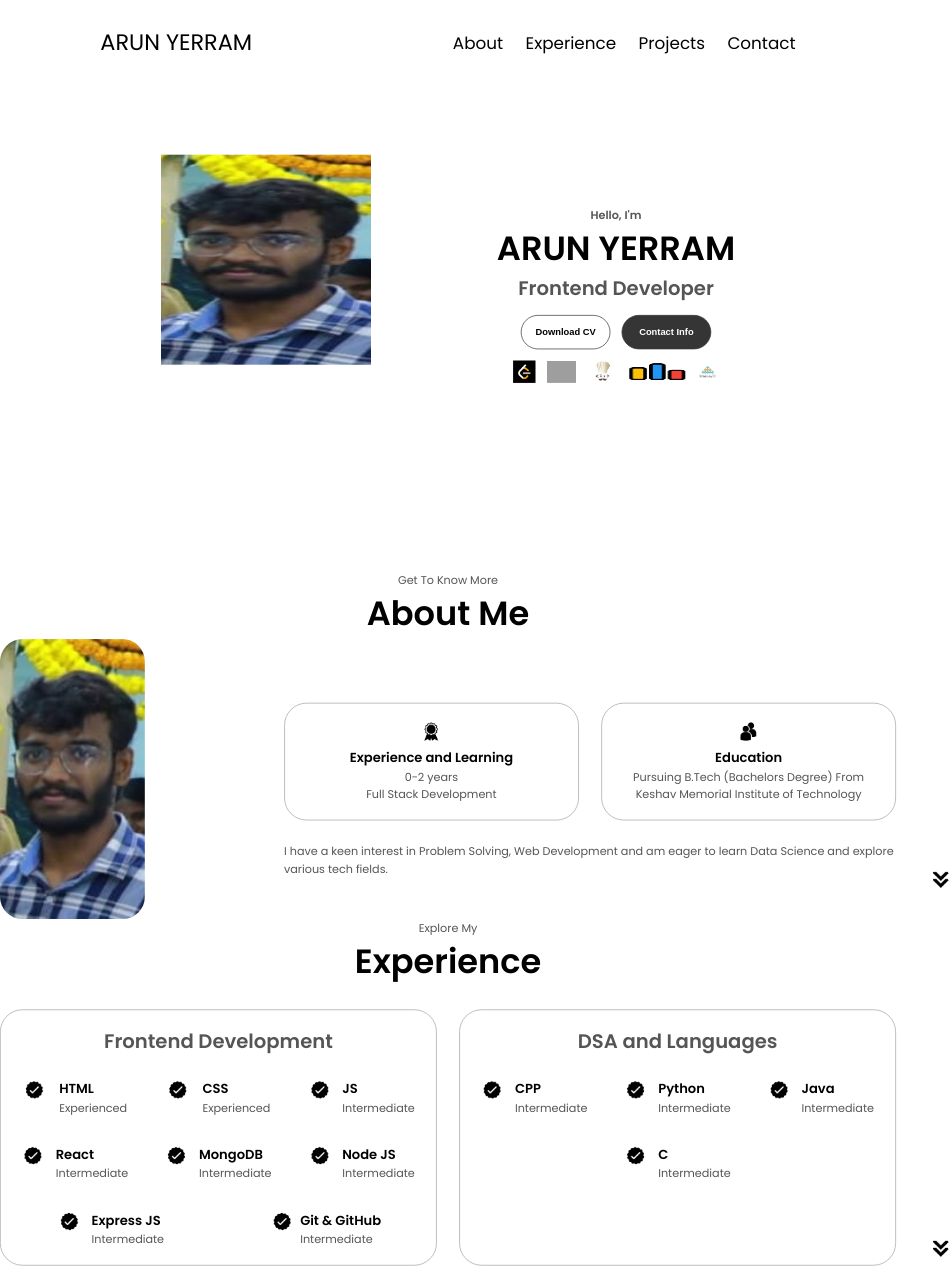
Repository: ARUN-YERRAM/ARUN-YERRAM-PORTFOLIO
Page: portfolio/index.html
An editor plug-in stored every save of this project. The page is shown before and after a run of saves, followed by the edit.
The browser window is 1280 px wide. The page is 1360 px wide, so the pictures cover 1360 px, including what lies to the right of the window. The pictures show the part of the page from y = 0 to 1840 px (the page is 3129 px tall), at 70% of full size.
Pictures or frames that could not be fetched are drawn as grey boxes.

Above is the page before, as saved 2024-07-07 04:42:53.

After the next 3 saves:
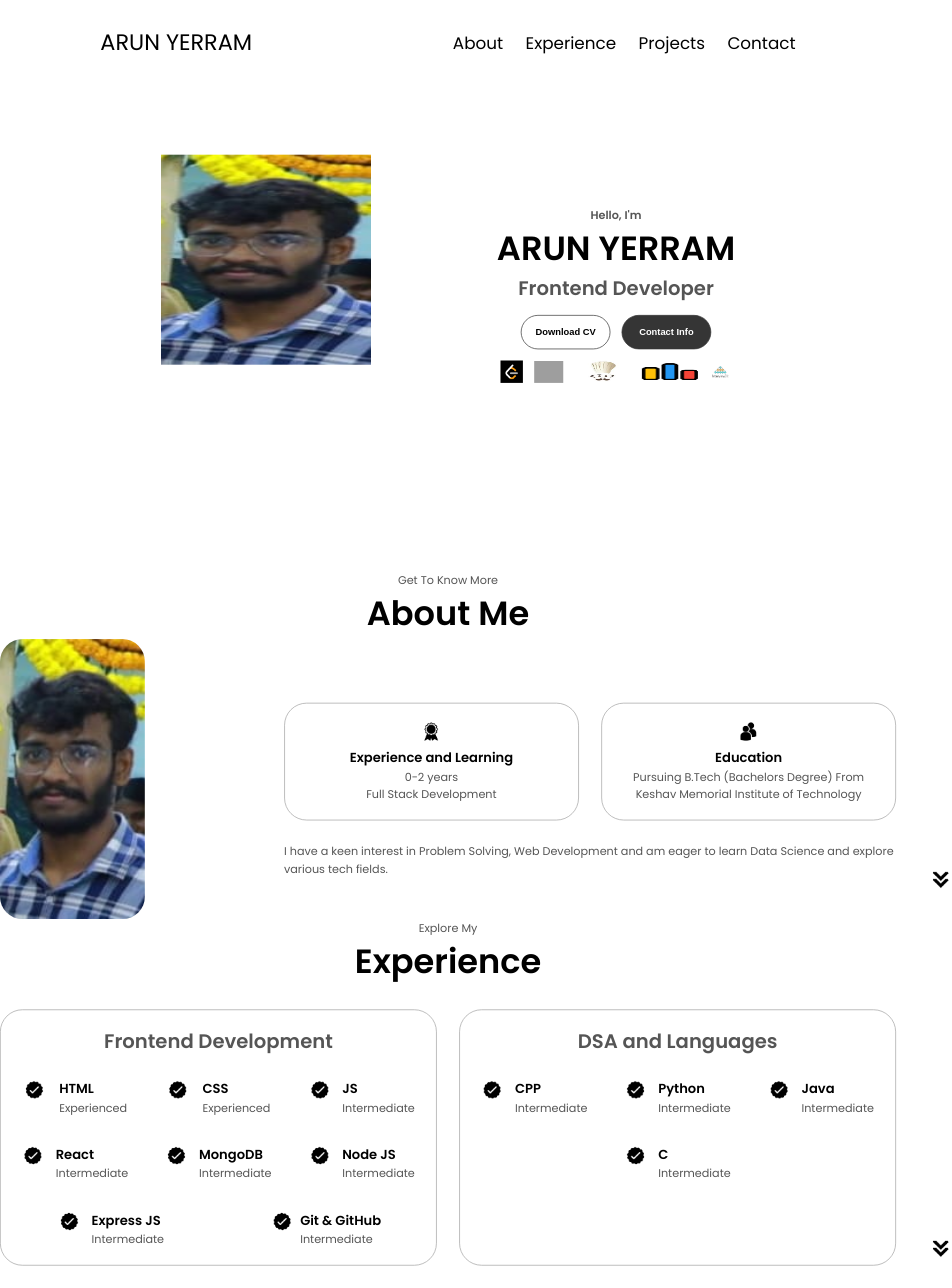
The 3 saves are shown as one change because they came seconds apart.
The last was saved 18 s later.
--- a/portfolio/index.html
+++ b/portfolio/index.html
@@ -51,7 +51,7 @@
       <div id="socials-container">
         <img src="./assets/leetcode.png" alt="My Leetcode profile" class="icon" onclick="window.open('https://leetcode.com/u/arun_2005/', '_blank')" />
         <img src="./assets/GFG.jpeg" alt="My GFG profile" class="icon" onclick="window.open('https://www.geeksforgeeks.org/user/arunyerram/?utm_source=geeksforgeeks&utm_medium=my_profile&utm_campaign=auth_user', '_blank')" />
-        <img src="./assets/CodeChef.jpeg" alt="My CodeChef profile" class="icon" onclick="window.open('https://www.codechef.com/users/yarun2k05', '_blank')" />
+        <img src="./assets/CodeChef.jpeg" alt="My CodeChef profile" class="icon" onclick="window.open('https://www.codechef.com/users/yarun2k05', '_blank')" width="80px"/>
         <img src="./assets/Codeforces.png" alt="My CodeForces profile" class="icon" width="80px"onclick="window.open('https://codeforces.com/profile/Arunyerram_12', '_blank')" />
         <img src="./assets/IB.png" alt="My InterviewBit profile" class="icon" onclick="window.open('https://www.interviewbit.com/profile/yerram-arun/', '_blank')" />
       </div>
